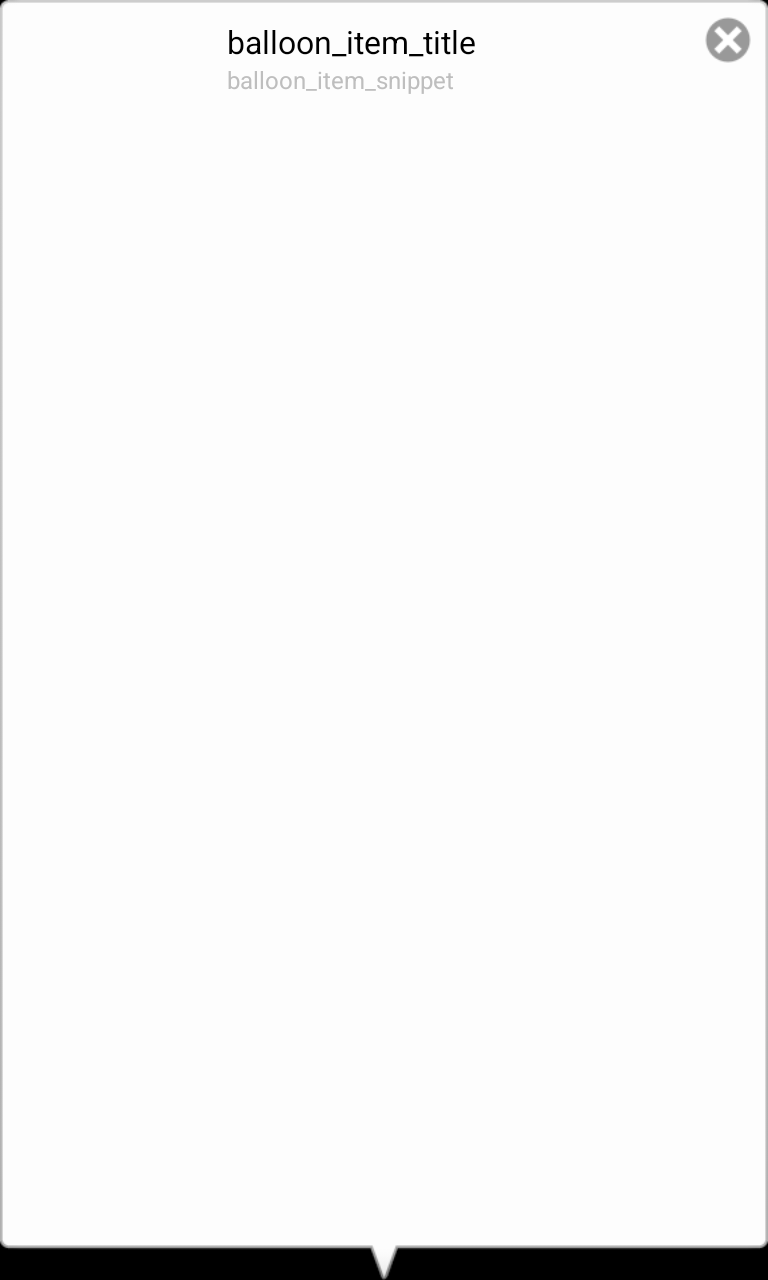
Repository: markminuth/Art-at-GVSU-Android-edition
Layout: version1.0/res/layout/balloon_overlay.xml
These files come from the project's save history. The layout is drawn as it stood at one moment and after the next save; the edit follows.
It is drawn on a 768 x 1280 px phone screen (xhdpi) without system bars, with theme android:Theme.NoTitleBar; the app's code is not run.

Above is the layout before, as saved 2012-03-30 00:20:51.

After the next save:
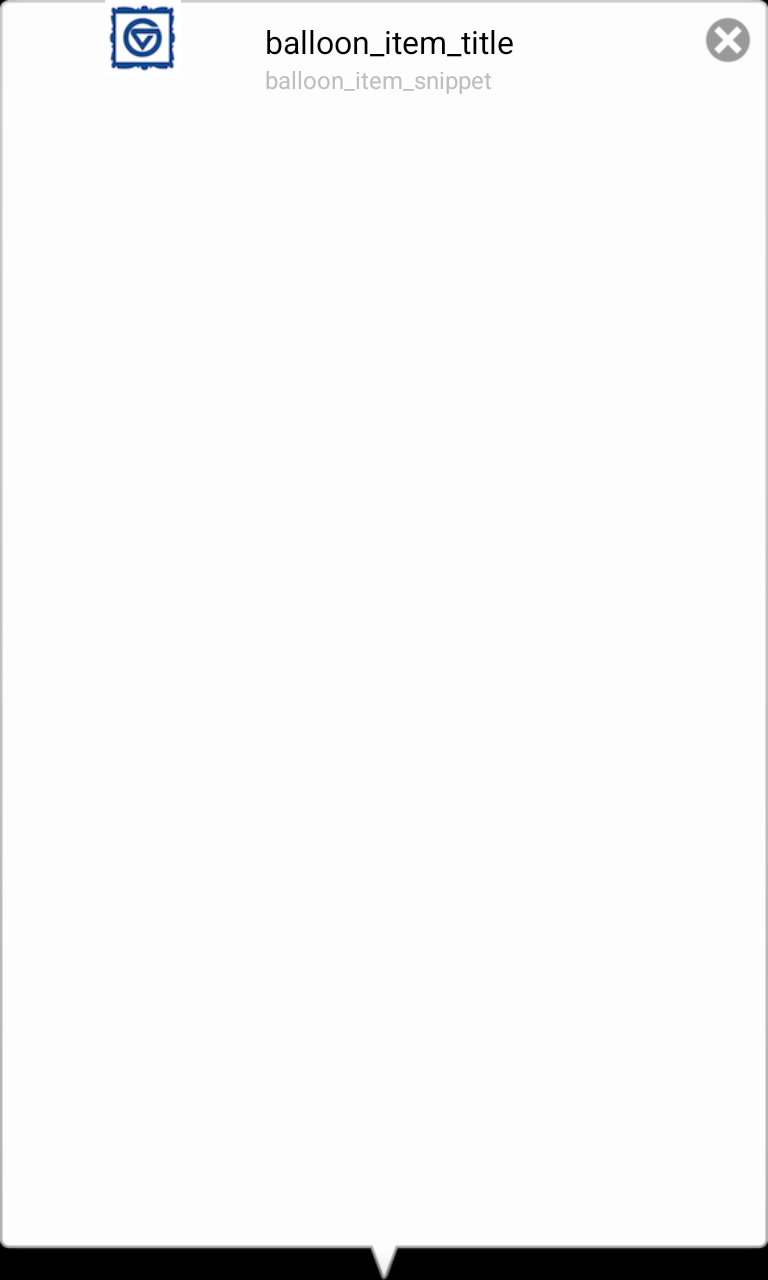
Saved 7 s later.
--- a/version1.0/res/layout/balloon_overlay.xml
+++ b/version1.0/res/layout/balloon_overlay.xml
@@ -16,7 +16,7 @@
         android:layout_width="wrap_content"
         android:layout_height="wrap_content"
         android:layout_weight="1"
-        android:src="@drawable/" />
+        android:src="@drawable/app_icon" />
 
 	<LinearLayout
 		android:layout_width="wrap_content"
